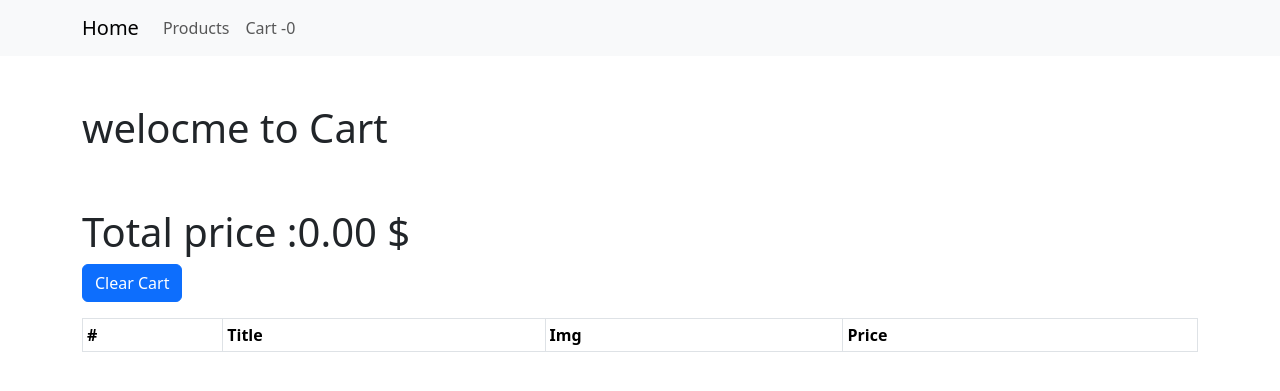
Repository: abdulrahmanmahmood/Basic-Cart-App-Using-Redux-Toolkit
Page: /cart
The author's editor kept a copy of each file at every save. The page is drawn from the files as they stood at one save, then again after the next save.
The browser window is 1280 px wide. The pictures show the whole page.
The project was rebuilt for these pictures with package versions that can differ from the ones it lists, and the page was loaded fresh each time. Also part of the build but not shown: src/App.css, src/components/Produc.js, src/App.js.

Above is the page before, as saved 2023-09-28 22:28:05.

After the next save:
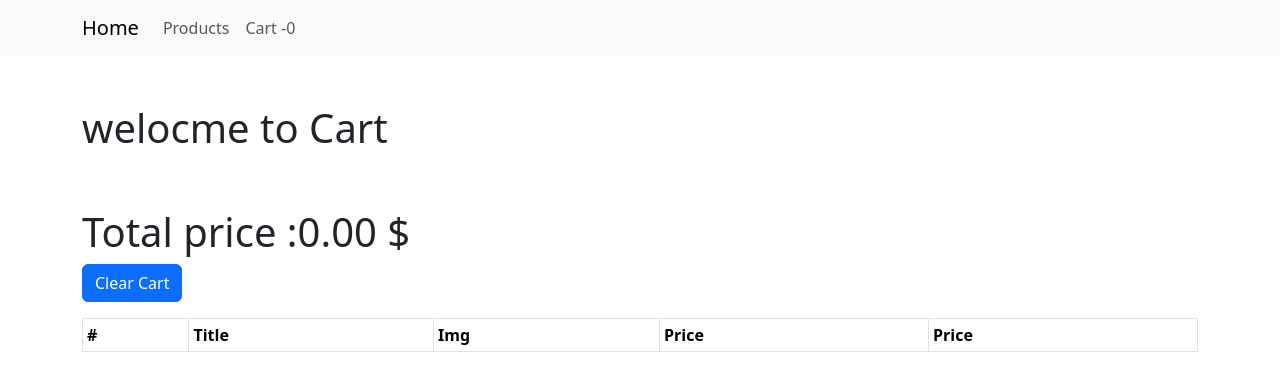
Saved 8 s later.
--- a/src/components/Cart.js
+++ b/src/components/Cart.js
@@ -25,6 +25,7 @@ useEffect(()=>{
           <th>Title</th>
           <th>Img</th>
           <th>Price</th>
+          <th>Price</th>
         </tr>
       </thead>
       <tbody>
